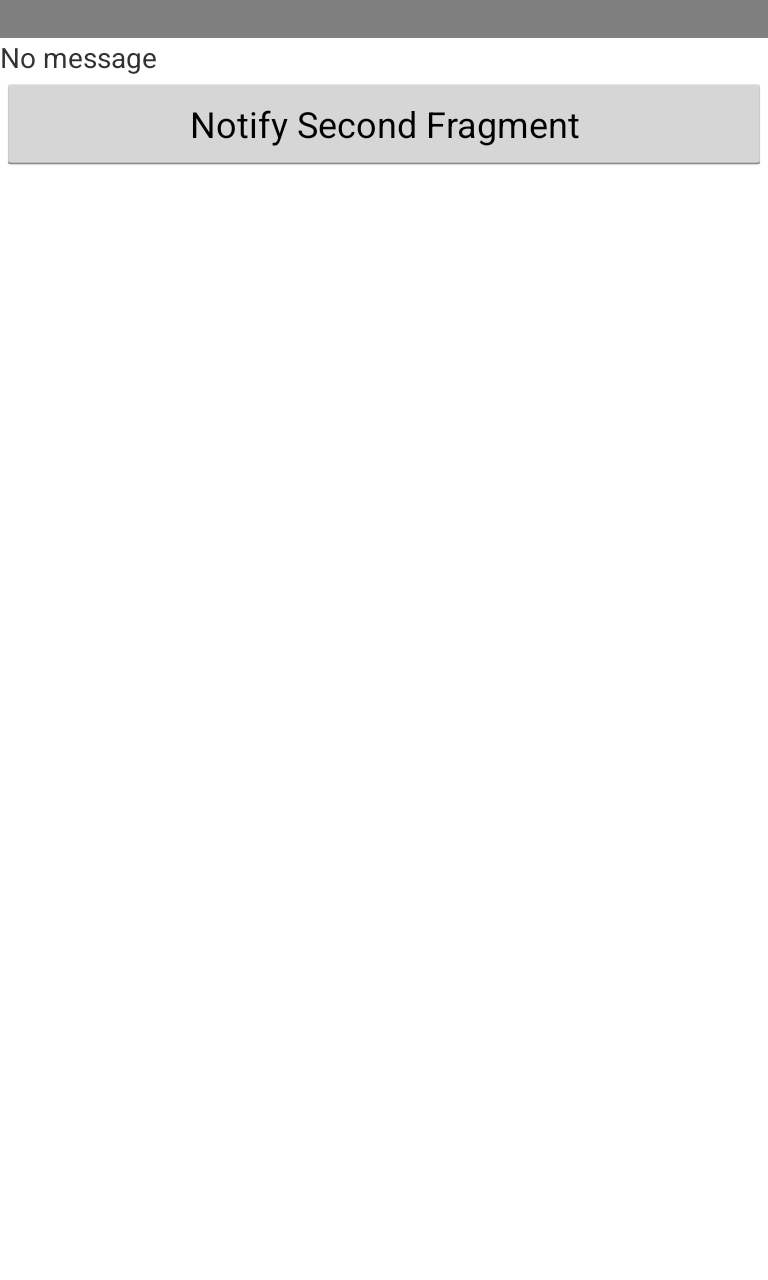
Repository: Liu-D-Henrry/Android
Layout: DemoFragment/res/layout/first_demo.xml
The author's editor kept a copy of each file at every save. The layout is drawn from the files as they stood at one save, then again after the next save.
Pictures or frames that could not be fetched are drawn as grey boxes. It is drawn on a 768 x 1280 px phone screen (xhdpi) without system bars, with theme AppTheme; the app's code is not run.

Above is the layout before, as saved 2013-08-30 04:03:12.

### DemoFragment/res/layout/first_demo.xml
<?xml version="1.0" encoding="utf-8"?>
<LinearLayout xmlns:android="http://schemas.android.com/apk/res/android"
    android:layout_width="match_parent"
    android:layout_height="match_parent"
    android:layout_marginTop="16dp"
    android:layout_marginBottom="16dp"
    android:layout_marginLeft="16dp"
    android:layout_marginRight="16dp"
    android:orientation="vertical" >

    <fragment
        android:name="com.will.demofragment.FirstFragment"
        android:id="@+id/first_fragment"
        android:layout_width="match_parent"
        android:layout_height="wrap_content" />

    <TextView
        android:id="@+id/show"
        android:layout_width="match_parent"
        android:layout_height="wrap_content"
        android:text="@string/noMessage" />

    <Button
        android:id="@+id/fdButton"
        android:layout_width="match_parent"
        android:layout_height="wrap_content"
        android:text="@string/textFDButton" />

</LinearLayout>

### DemoFragment/res/values/strings.xml
<?xml version="1.0" encoding="utf-8"?>
<resources>

    <string name="app_name">DemoFragment</string>
    <string name="action_settings">Settings</string>
    <string name="hello_world">Hello world!</string>

    <string name="noMessage">No message</string>
    <string name="textFDButton">Notify Second Fragment</string>

    <string name="textFirstFragment">The First Fragment</string>
    <string name="textFFButton1">Notify Activity 1</string>
    <string name="textFFButton2">Notify Activity 2</string>

    <string name="textSecondFragment">The Second Fragment</string>

</resources>

Loaded but not shown: DemoFragment/res/values/styles.xml (common file); DemoFragment/res/values-v11/styles.xml (common file); DemoFragment/res/values-v14/styles.xml (common file)

After the next save:
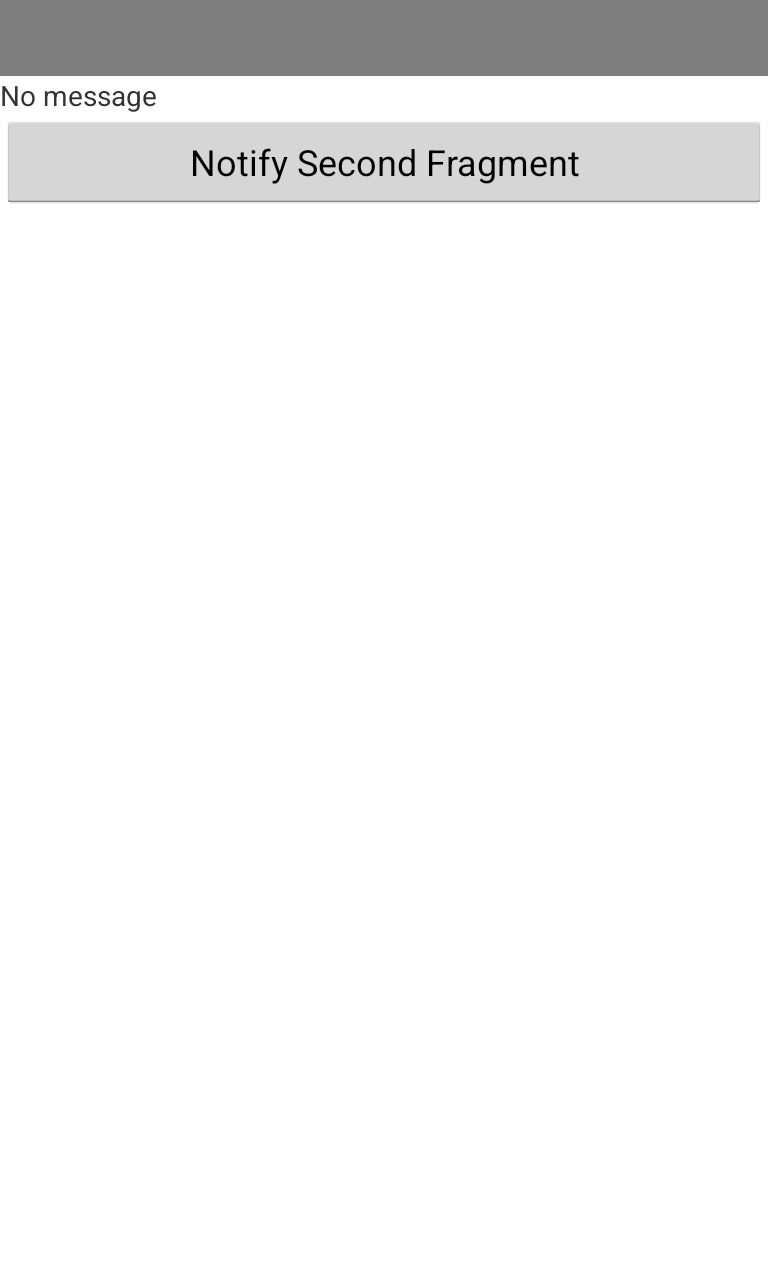
Saved 6 min 18 s later.
--- a/DemoFragment/res/layout/first_demo.xml
+++ b/DemoFragment/res/layout/first_demo.xml
@@ -10,6 +10,12 @@
 
     <fragment
         android:name="com.will.demofragment.FirstFragment"
+        android:id="@+id/first_fragment"
+        android:layout_width="match_parent"
+        android:layout_height="wrap_content" />
+
+    <fragment
+        android:name="com.will.demofragment.SecondFragment"
         android:id="@+id/first_fragment"
         android:layout_width="match_parent"
         android:layout_height="wrap_content" />
